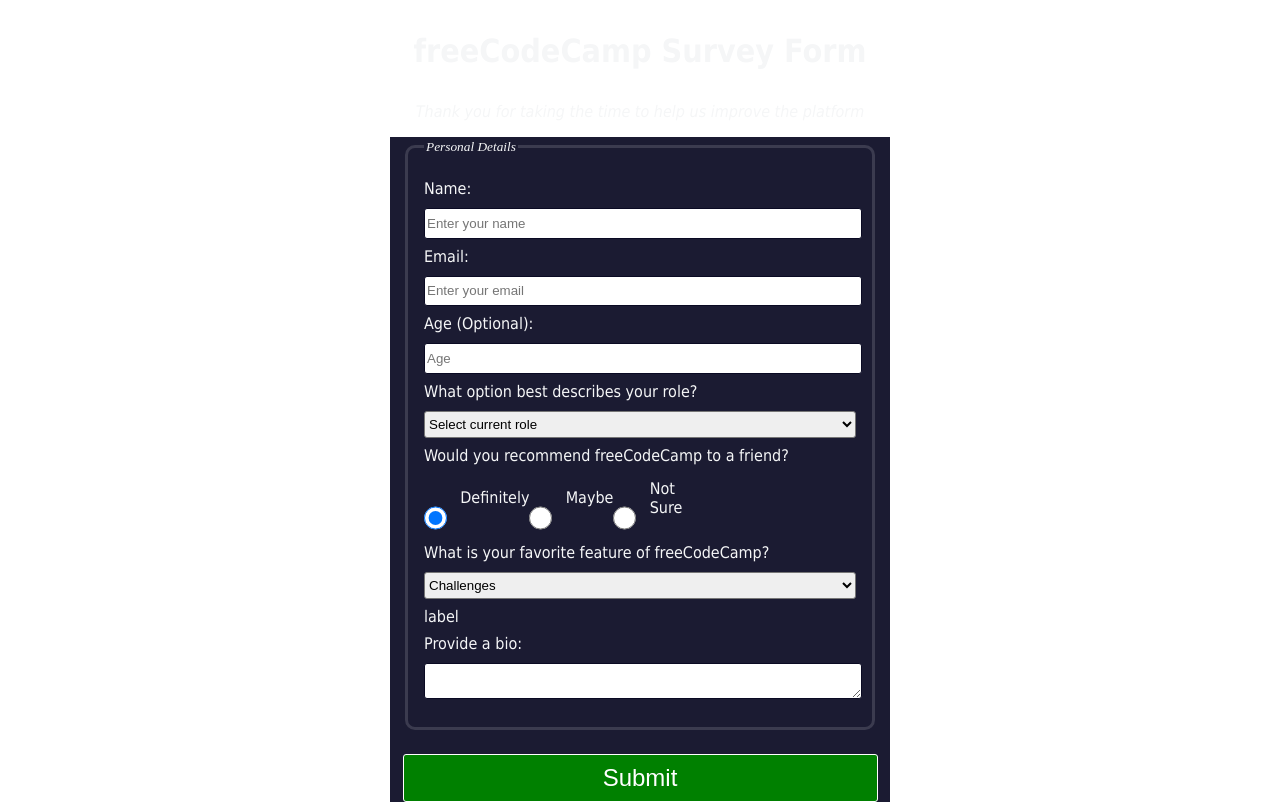
Repository: Lungdjos/survey_form_certification
Page: index.html
An editor plug-in stored every save of this project. The page is shown before and after the next save, followed by the edit.
The browser window is 1280 px wide. The pictures show the whole page.

Above is the page before, as saved 2023-09-30 23:19:04.

After the next save:
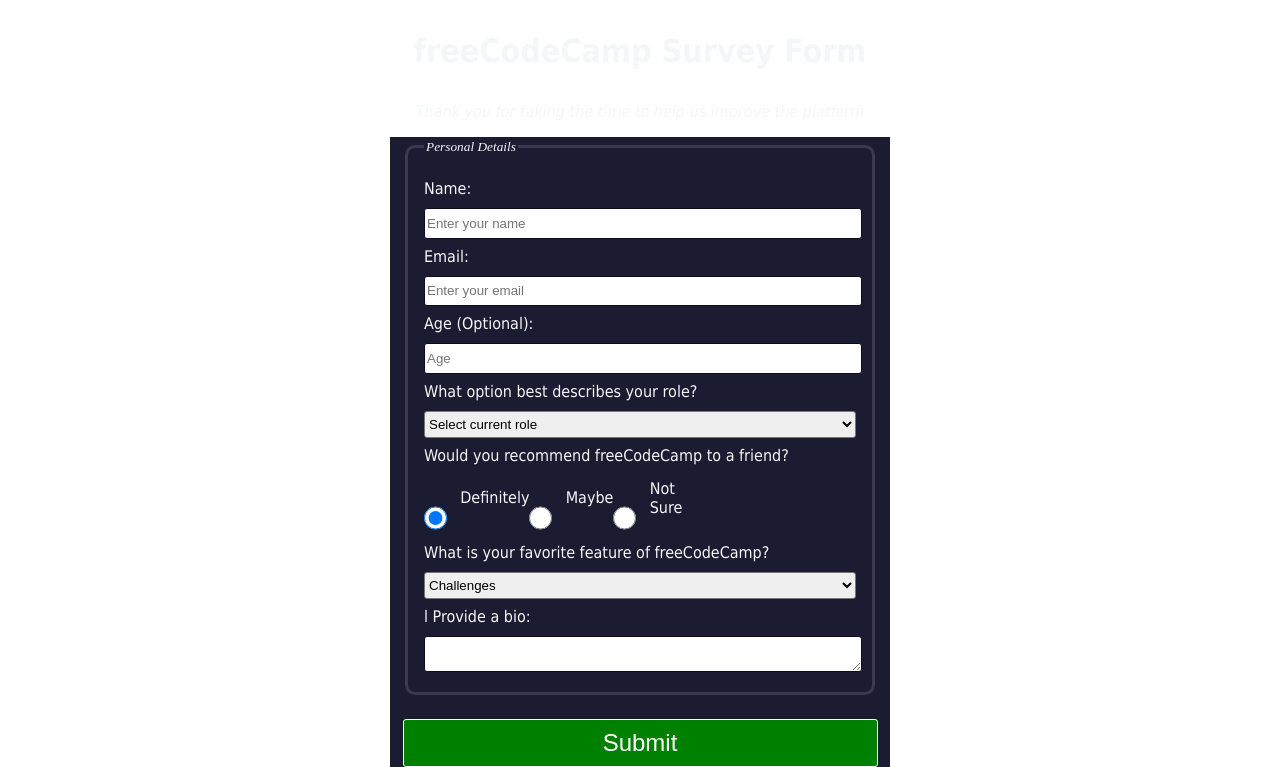
Saved 9 s later.
--- a/index.html
+++ b/index.html
@@ -45,12 +45,11 @@
                     <option value="3" name="forum" >Community</option>
                     <option value="4" name="other" >Open Source</option>
                 </select>
-            </label> label
-
-            <label for="bio">Provide a bio:
-                <textarea name="biography" id="bio" cols="50" rows="2" placeholder="I like coding on the beach..." >
+            </label> l
+            <abel <label for="bio">Provide a bio:
+                <textarea name="biography" id="bio" cols="50" rows="2" placeholder="I like coding on the beach...">
                 </textarea>
-            </label>
+                </label>
         </fieldset>
         <input type="submit" value="Submit" name="submit" id="submit-btn">
     </form>

After the save that followed:
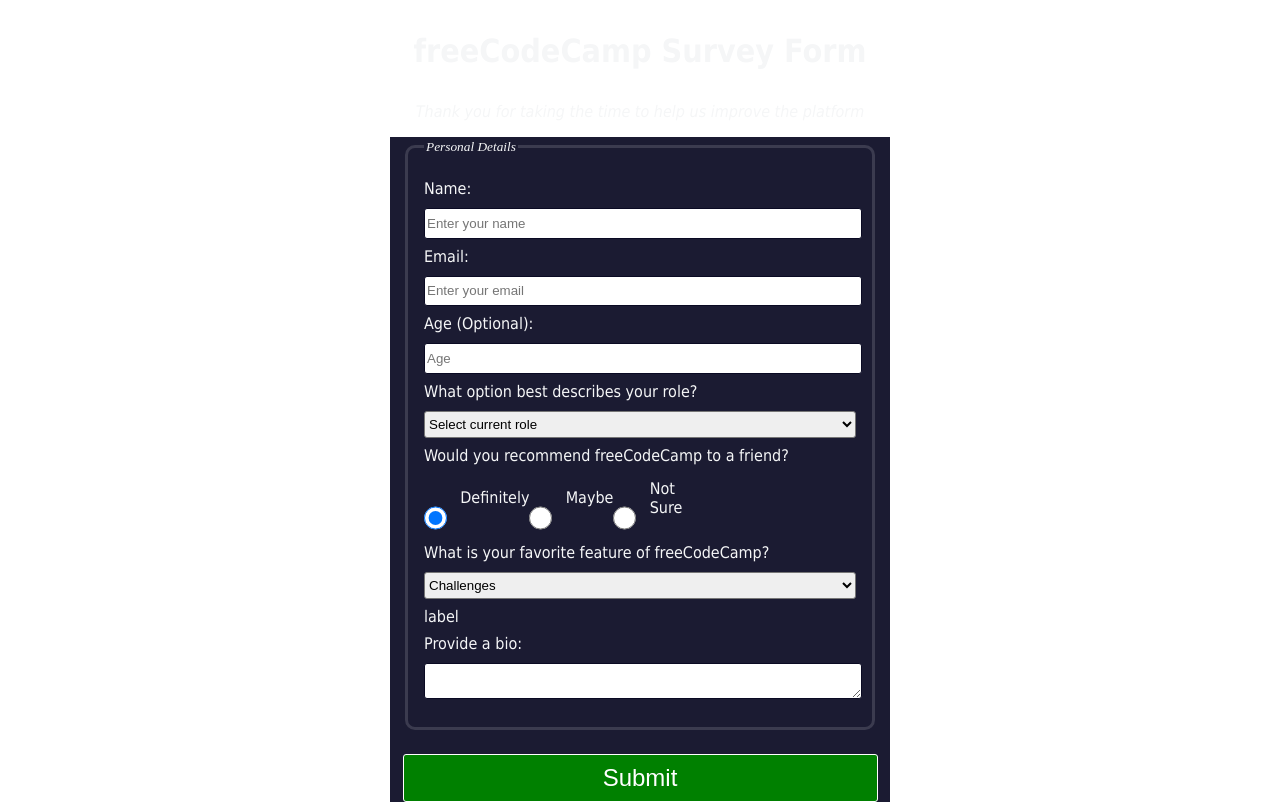
Saved 13 s later.
--- a/index.html
+++ b/index.html
@@ -45,11 +45,12 @@
                     <option value="3" name="forum" >Community</option>
                     <option value="4" name="other" >Open Source</option>
                 </select>
-            </label> l
-            <abel <label for="bio">Provide a bio:
-                <textarea name="biography" id="bio" cols="50" rows="2" placeholder="I like coding on the beach...">
+            </label> label
+
+            <label for="bio">Provide a bio:
+                <textarea name="biography" id="bio" cols="50" rows="2" placeholder="I like coding on the beach..." >
                 </textarea>
-                </label>
+            </label>
         </fieldset>
         <input type="submit" value="Submit" name="submit" id="submit-btn">
     </form>
